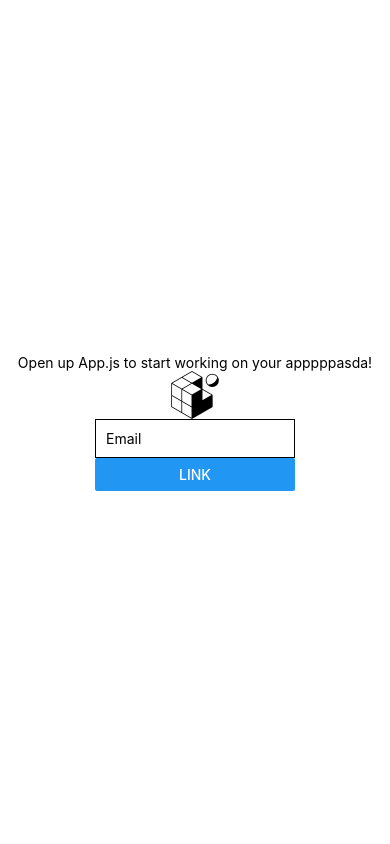
Repository: ntu34543/ReactNativeAndroid
Screen: /
These files come from the project's save history. The screen is drawn as it stood at one moment and after the next save; the edit follows.
The app was drawn by React Native's web renderer in a window 390 px wide. The project was rebuilt for these pictures with package versions that can differ from the ones it lists, and the page was loaded fresh each time.

Above is the screen before, as saved 2022-09-23 16:28:49.

### App.js
import { StatusBar } from "expo-status-bar";
import { StyleSheet, Text, View, Button, Image, TextInput } from "react-native";

export default function App() {
  return (
    <View style={styles.container}>
      <Text>Open up App.js to start working on your apppppasda!</Text>
      <Image source={require("./assets/favicon.png")} />
      <View style={styles.body}>
        <TextInput style={styles.TextInput} placeholder="Email" />
        <View>
          <Button title="Link" />
        </View>
      </View>
      <StatusBar style="auto" />
    </View>
  );
}

const styles = StyleSheet.create({
  container: {
    flex: 1,
    backgroundColor: "#fff",
    alignItems: "center",
    justifyContent: "center",
  },
  body: {},
  TextInput: {
    padding: 10,
    borderWidth: 1,
    borderColor: "black",
    width: 200,
  },
  btn: {
    width: 100,
  },
});

After the next save:
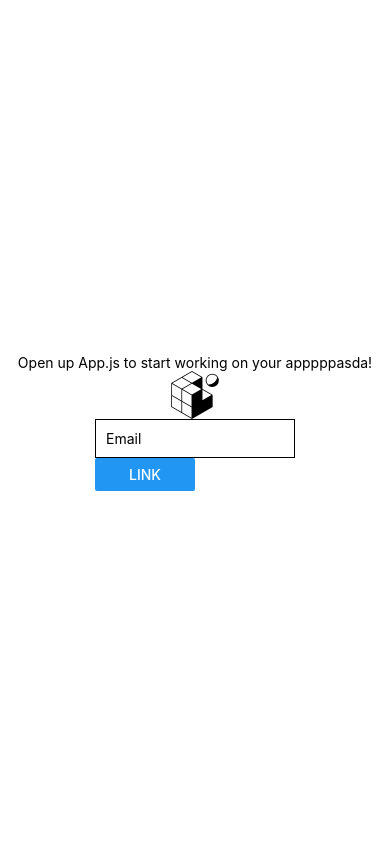
Saved 4 s later.
--- a/App.js
+++ b/App.js
@@ -8,7 +8,7 @@ export default function App() {
       <Image source={require("./assets/favicon.png")} />
       <View style={styles.body}>
         <TextInput style={styles.TextInput} placeholder="Email" />
-        <View>
+        <View style={styles.btn}>
           <Button title="Link" />
         </View>
       </View>
